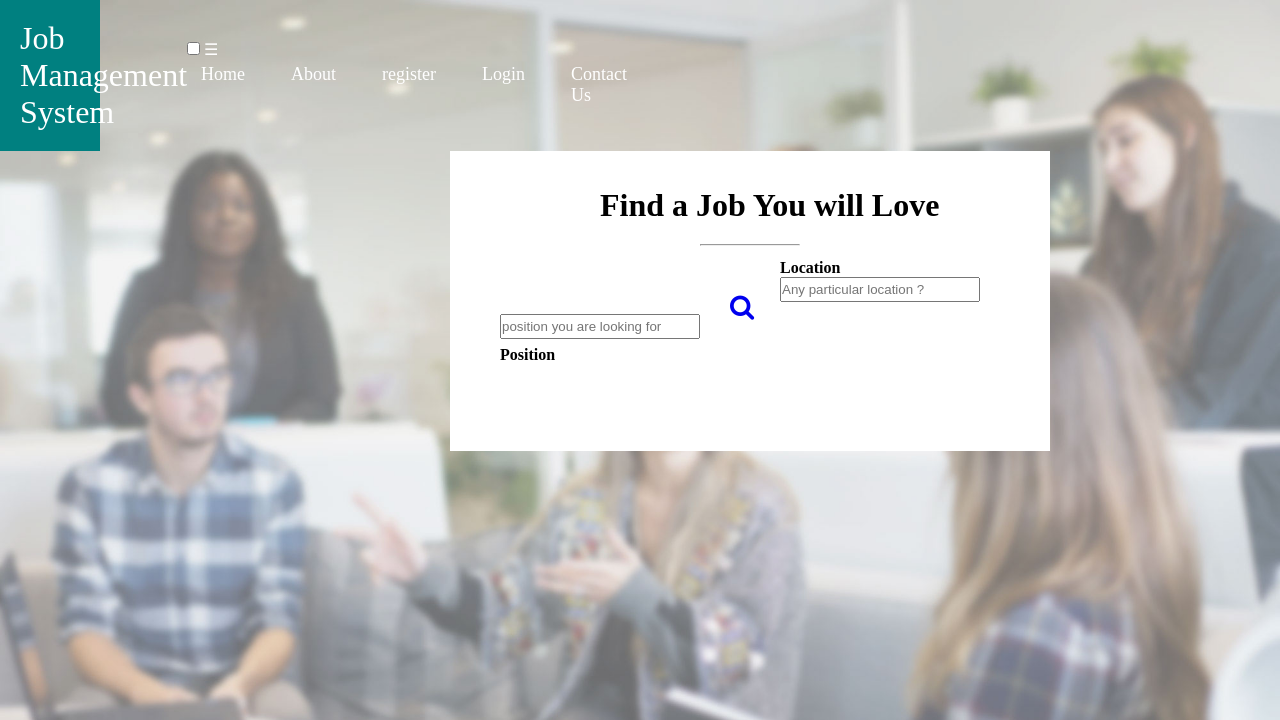
Repository: PrinceKumawat1109/JFSD
Page: http://localhost/Job-management/home.jsp
An editor plug-in stored every save of this project. The page is shown before and after the next save, followed by the edit.
The browser window is 1280 px wide. The pictures show the whole page.
The page is served by Tomcat 9. Other server files are loaded and not shown.

Above is the page before, as saved 2022-10-29 18:14:38.

### Job-management/src/main/webapp/home.jsp
<%@ page language="java" contentType="text/html; charset=UTF-8"
    pageEncoding="UTF-8"%>
<!DOCTYPE html>
<html>
<head>
<meta charset="UTF-8">
<link rel="stylesheet" href="https://cdnjs.cloudflare.com/ajax/libs/font-awesome/4.7.0/css/font-awesome.min.css">
<title>Home</title>
	<jsp:include page="navbar.jsp" />
</head>
<style>
body{
    background-image: url('meeting.jpg');
    height: 100px;
    width: 100px;
    background-size: cover;

}
.box{
height: 300px;
width: 600px;
background-color: white;
margin-left: 450px;

}
h4{
margin-left: 50px;
margin-top: 100px;
}
.location h4{
margin-left: 330px;
margin-top: -80px;

}
</style>
<body>

<div class="box">
<br><br>
<h1 style="margin-left: 150px;">Find a Job You will Love</h1>
<hr style="width: 100px; background-color: red; margin-left: 250px; margin-top: 20px;">
<h4>Position</h4>
<div class="kk" style="margin-left: 50px; margin-top: -50px; ">
<input style="height: 25px; width: 200px;"  type="box"  placeholder="position you are looking for">
</div>

<div class="location">
<h4>Location</h4>
<div class="ii">
<input style="height: 25px; width: 200px; margin-left: 330px; "  type="box" placeholder="Any particular location ?">
</div>
</div>
<div class="search">
<a href="facebook.com"><i class="fa fa-search" style="margin-top: -80px; font-size:26px; margin-left: 280px;"></i></a>
</div>
</div>
</body>
</html>

### Job-management/src/main/webapp/navbar.jsp
<!DOCTYPE html>
<html lang="en">
 <head>
   <meta charset="UTF-8" />
   <meta http-equiv="X-UA-Compatible" content="IE=edge" />
   <meta name="viewport" content="width=device-width, initial-scale=1.0" />
   <style>

    /* UTILITIES */
* {
 margin: 0;
 padding: 0;
 box-sizing: border-box;
}
body {
 font-family: cursive;
}
a {
 text-decoration: none;
}
li {
 list-style: none;
}

/* NAVBAR STYLING STARTS */
.navbar {
 display: flex;
 align-items: center;
 justify-content: space-between;
 padding: 20px;
 background-color: teal;
 color: #fff;
}
.nav-links a {
 color: #fff;
}
/* LOGO */
.logo {
 font-size: 32px;
}
/* NAVBAR MENU */
.menu {
 display: flex;
 gap: 1em;
 font-size: 18px;
}
.menu li:hover {
 background-color: #4c9e9e;
 border-radius: 5px;
 transition: 0.3s ease;
}
.menu li {
 padding: 5px 14px;
}
/* DROPDOWN MENU */
.services {
 position: relative;
}
.dropdown {
 background-color: rgb(1, 139, 139);
 padding: 1em 0;
 position: absolute; /*WITH RESPECT TO PARENT*/
 display: none;
 border-radius: 8px;
 top: 35px;
}
.dropdown li + li {
 margin-top: 10px;
}
.dropdown li {
 padding: 0.5em 1em;
 width: 8em;
 text-align: center;
}
.dropdown li:hover {
 background-color: #4c9e9e;
}
.services:hover .dropdown {
 display: block;
}
   </style>
   <title>Document</title>
 </head>
 <body>
   <nav class="navbar">
     <!-- LOGO -->
     <div class="logo">Job Management System</div>
     <!-- NAVIGATION MENU -->
     <ul class="nav-links">
       <!-- USING CHECKBOX HACK -->
       <input type="checkbox" id="checkbox_toggle" />
       <label for="checkbox_toggle" class="hamburger">&#9776;</label>
       <!-- NAVIGATION MENUS -->
       <div class="menu">
         <li><a href="home.jsp">Home</a></li>
         <li><a href="/">About</a></li>
         <li class="services">
           <a href="/">register</a>
           <!-- DROPDOWN MENU -->
           <ul class="dropdown">
             <li><a href="employeeregister.jsp">Employee </a></li>
             <li><a href="employerregister.jsp">Employers</a></li>
           </ul>
         </li>
         <li class="services">
           <a href="/">Login</a>
           <!-- DROPDOWN MENU -->
           <ul class="dropdown">
             <li><a href="employeelogin.jsp">Employee login </a></li>
             <li><a href="employerlogin.jsp">Employers login</a></li>
           </ul>
         </li>
         <li><a href="contact.jsp">Contact Us</a></li>
       </div>
     </ul>
   </nav>
 </body>
</html>

After the next save:
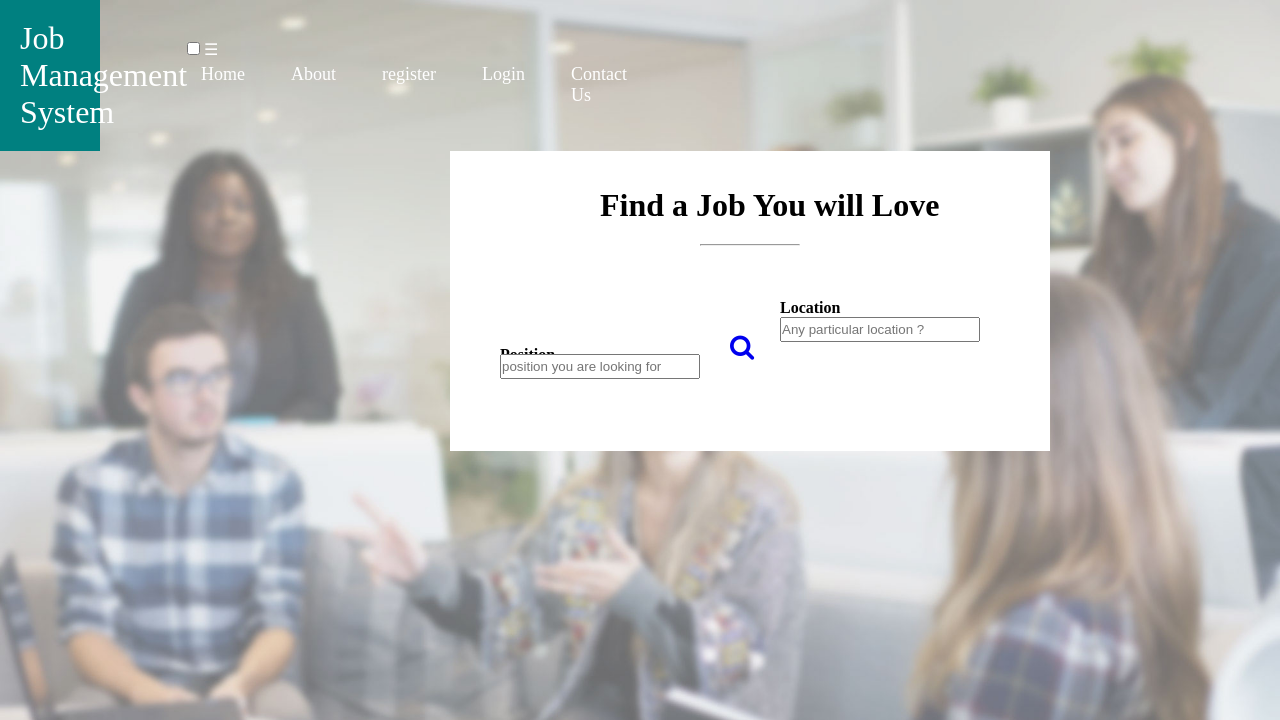
Saved 84 s later.
--- a/Job-management/src/main/webapp/home.jsp
+++ b/Job-management/src/main/webapp/home.jsp
@@ -40,7 +40,7 @@ margin-top: -80px;
 <h1 style="margin-left: 150px;">Find a Job You will Love</h1>
 <hr style="width: 100px; background-color: red; margin-left: 250px; margin-top: 20px;">
 <h4>Position</h4>
-<div class="kk" style="margin-left: 50px; margin-top: -50px; ">
+<div class="kk" style="margin-left: 50px; margin-top: -10px; ">
 <input style="height: 25px; width: 200px;"  type="box"  placeholder="position you are looking for">
 </div>
 
